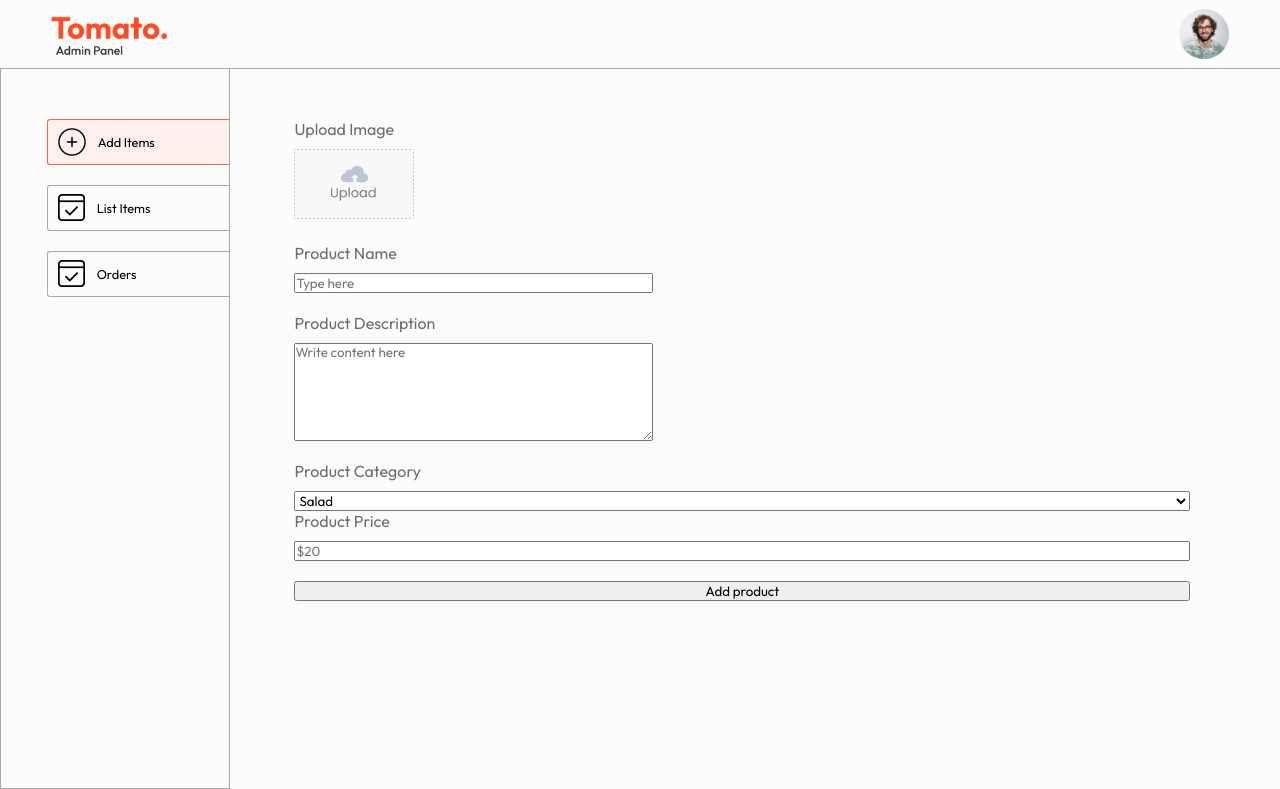
Repository: andrei-nagy/food-del---to-deploy
Page: /add (app in admin/)
These files come from the project's save history. The page is drawn as it stood at one moment and after the next save; the edit follows.
The browser window is 1280 px wide. The pictures show the whole page.
The project was rebuilt for these pictures with package versions that can differ from the ones it lists, and the page was loaded fresh each time. Also part of the build but not shown: admin/vite.config.js, admin/src/pages/List/List.css, admin/src/pages/List/List.jsx, admin/src/pages/Orders/Orders.jsx.

Above is the page before, as saved 2024-09-24 21:34:15.

After the next save:
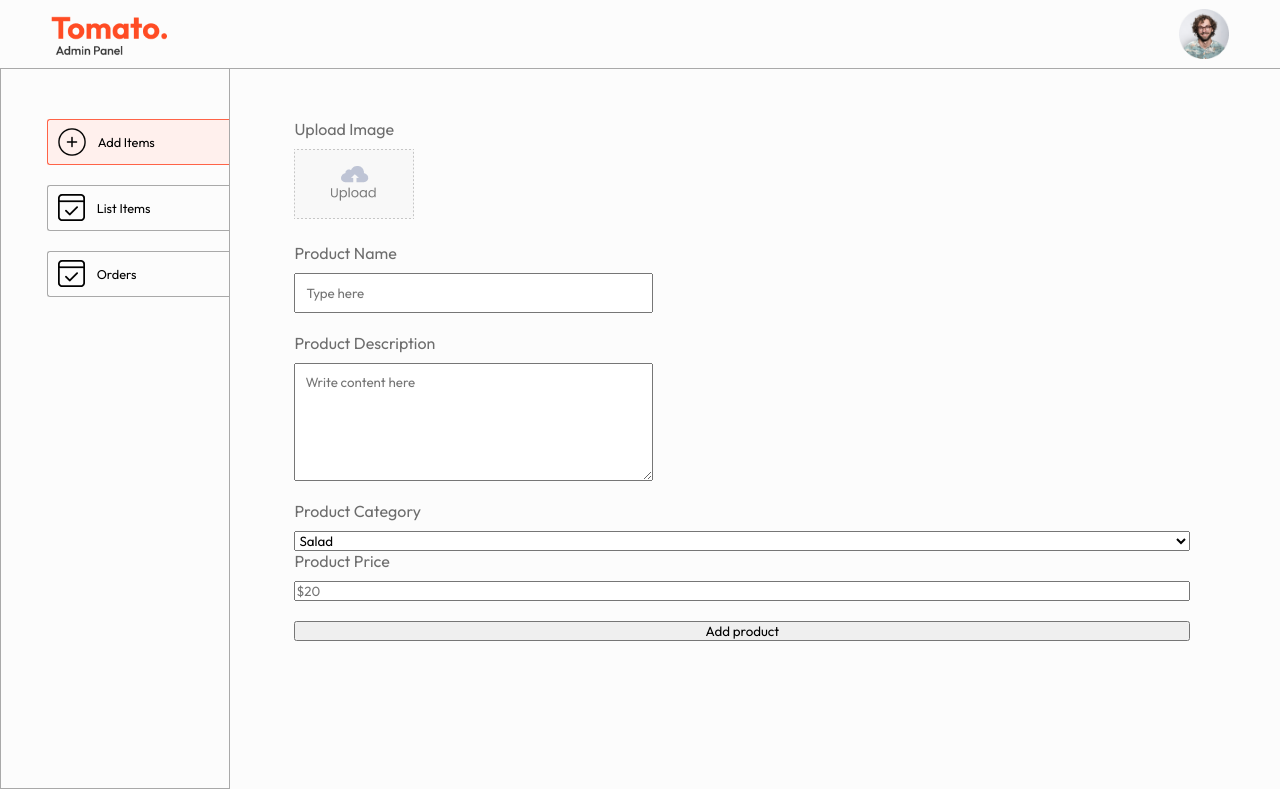
Saved 16 s later.
--- a/admin/src/pages/Add/Add.css
+++ b/admin/src/pages/Add/Add.css
@@ -17,3 +17,6 @@
 .add-product-name, .add-product-description{
     width: max(40%, 280px);
 }
+ .add-product-name input, .add-product-description textarea{
+    padding: 10px;
+ }
